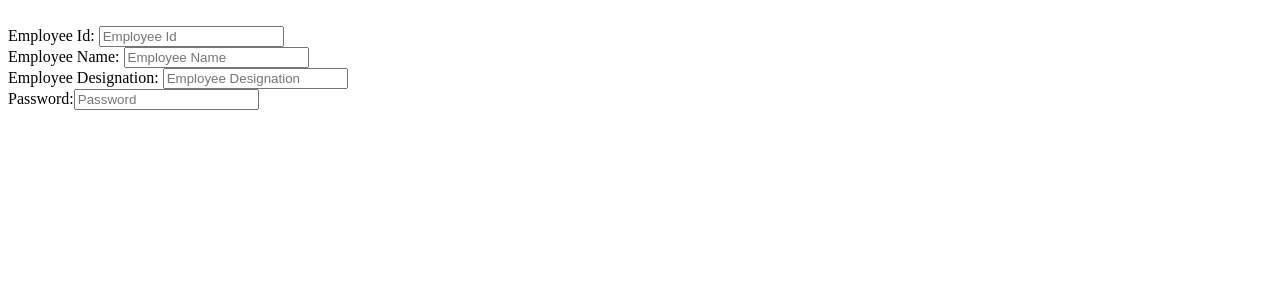
Repository: robin9533/Basic-Programs-App.
Page: GW-Genial Work Proj/GT_GenialToil/WebContent/EmployeeSignup.html
These files come from the project's save history. The page is drawn as it stood at one moment and after the next save; the edit follows.
The browser window is 1280 px wide. The pictures show the whole page.

Above is the page before, as saved 2019-05-10 06:24:29.

### GW-Genial Work Proj/GT_GenialToil/WebContent/EmployeeSignup.html
<!DOCTYPE html>
<html>
<head>
<meta charset="ISO-8859-1">
<title>Employee Registration Form </title>
</head>
<body>
<br>
<Form>
Employee Id: <input type = "text" name="empId" placeholder="Employee Id"><br>
Employee Name: <input type ="text" name="empName" placeholder="Employee Name"><br>
Employee Designation: <input type ="text" name = "empDes" placeholder="Employee Designation"><br>
Password:<input type = "password" name = "empPass" placeholder="Password">

</Form>

</body>
</html>

After the next save:
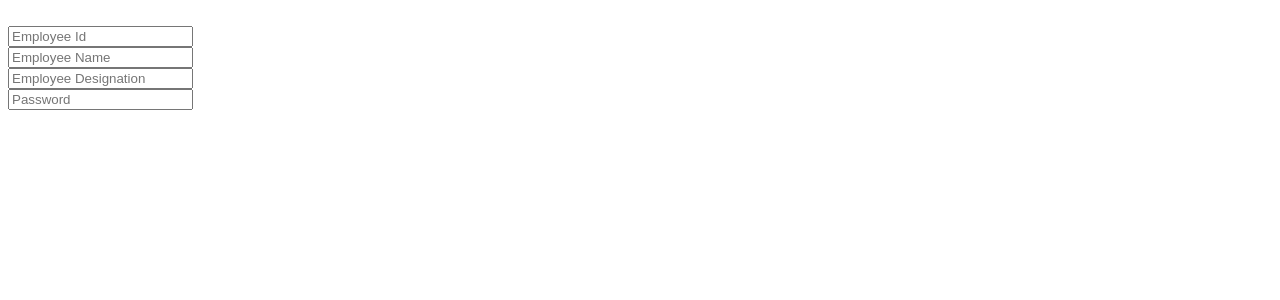
Saved 33 s later.
--- a/GW-Genial Work Proj/GT_GenialToil/WebContent/EmployeeSignup.html
+++ b/GW-Genial Work Proj/GT_GenialToil/WebContent/EmployeeSignup.html
@@ -7,10 +7,11 @@
 <body>
 <br>
 <Form>
-Employee Id: <input type = "text" name="empId" placeholder="Employee Id"><br>
-Employee Name: <input type ="text" name="empName" placeholder="Employee Name"><br>
-Employee Designation: <input type ="text" name = "empDes" placeholder="Employee Designation"><br>
-Password:<input type = "password" name = "empPass" placeholder="Password">
+
+<input type = "text" name="empId" placeholder="Employee Id"><br>
+<input type ="text" name="empName" placeholder="Employee Name"><br>
+<input type ="text" name = "empDes" placeholder="Employee Designation"><br>
+<input type = "password" name = "empPass" placeholder="Password">
 
 </Form>
 
